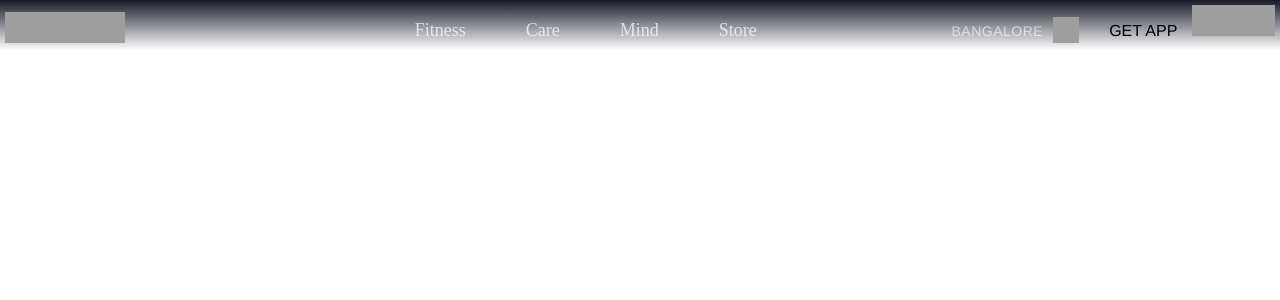
Repository: 1sanjeetsharma/cult-fit-clone
Page: /
The author's editor kept a copy of each file at every save. The page is drawn from the files as they stood at one save, then again after the next save.
The browser window is 1280 px wide. The pictures show the whole page.
Pictures or frames that could not be fetched are drawn as grey boxes. Some web fonts or font styles are not loaded; a fallback is used. The project was rebuilt for these pictures with package versions that can differ from the ones it lists, and the page was loaded fresh each time. Also part of the build but not shown: vite.config.js, src/components/body/footer/Footer.jsx.

Above is the page before, as saved 2023-07-31 16:31:08.

### src/App.jsx
import LandingPage from "./components/landingPage/LandingPage";
function App() {
	return (
		<>
			{/* <h1>Hello from app</h1> */}
			<LandingPage />
		</>
	);
}

export default App;

### src/components/landingPage/LandingPage.jsx
import Body from "../body/body";
// import Header from "../body/header/Header";
const LandingPage = () => {
	return (
		<>
			<Body></Body>
		</>
	);
};
export default LandingPage;

### src/components/body/body.jsx
import Header from "./header/Header";
import Footer from "./footer/Footer";
import "./body.css";
const Body = () => {
	console.log("hello from body");
	return (
		<>
			<Header />

			{/* <Footer /> */}
		</>
	);
};
export default Body;

### src/components/body/header/Header.jsx
import Navbar from "../Navbar/Navbar";
const Header = () => {
	return (
		<>
			<Navbar />
		</>
	);
};
export default Header;

### src/components/body/body.css
/*
//not working these font  */
@font-face {
	font-family: inter-bold;
	src: url("https://fonts.googleapis.com/css2?family=Inter:wght@700&display=swap");
}
@font-face {
	font-family: helvetica-neue;
	src: url("https://fonts.cdnfonts.com/css/helvetica-neue-5");
}
body {
	font-family: inter-bold, helvetica-neue;
}

### src/components/body/Navbar/Navbar.jsx
import "./navbar.css";
const Navbar = () => {
	return (
		<>
			<div className="Nav-container">
				<nav>
					<a href="javascript:viod(0)">
						<img
							className="logo"
							height={"31px"}
							width={"120px"}
							src="https://cdn-images.cure.fit/www-curefit-com/image/upload/c_fill,w_120,q_auto:eco,dpr_2,f_auto,fl_progressive//image/test/brand-logo/vman-and-white-cult-text.png"
							alt="logo"
						/>
					</a>
					<div className="tabs">
						<a href="javascript:void(0)">Fitness</a>
						<a href="javascript:void(0)">Care</a>
						<a href="javascript:void(0)">Mind</a>
						<a href="javascript:void(0)">Store</a>
					</div>
					<div className="btns">
						<div className="location">
							<div className="loc-text">BANGALORE</div>
							<div className="loc-img" width="26px" height="26px">
								<img
									src="https://cdn-images.cure.fit/www-curefit-com/image/upload/c_fill,w_26,q_auto:eco,dpr_2,f_auto,fl_progressive/image/test/header/location.png"
									width={"26px"}
									height={"26px"}
									loading="lazy"
									alt="location"
								/>
							</div>
						</div>
						<div className="get-app">
							<button>GET APP</button>
						</div>

						<button className="avatar">
							<img
								className="btn-img"
								src="https://cdn-images.cure.fit/www-curefit-com/image/upload/c_fill,w_26,q_auto:eco,dpr_2,f_auto,fl_progressive/image/test/header/Profile.png"
								alt="profile picture"
							/>
						</button>
						<button className="cart">
							<img
								className="btn-img"
								src="https://cdn-images.cure.fit/www-curefit-com/image/upload/c_fill,q_auto:eco,dpr_2,f_auto,fl_progressive//image/test/cart-dark-theme.svg"
								alt="cart"
							/>
						</button>
					</div>
				</nav>
			</div>
		</>
	);
};
export default Navbar;

### src/components/body/Navbar/navbar.css
* {
	margin: 0px;
	padding: 0px;
	box-sizing: border-box;
	line-height: 1.42;
}
a {
	text-decoration: none;
	cursor: pointer;
}
.Nav-container {
	position: fixed;
	/* display: flexbox; */
	top: 0px;
	/* height: 60px; */
	width: 100%;

	/* align-content: center; */
	/* text-align: center; */
	/* background-color: #00000077; */
	box-sizing: border-box;
	/* z-index: 2; */
}

.logo,
.btn-img {
	height: 31px;
}
nav {
	display: flex;
	height: 50px;
	padding: 5px;
	flex-flow: row wrap;
	align-items: center;
	justify-content: space-between;
	background-image: linear-gradient(
		to bottom,
		#171a26,
		rgba(23, 26, 38, 0.0001)
	);
}
.tabs {
	/* color: #fff; */
	display: flex;
	flex-direction: row;
	justify-content: spae-between;
	margin-left: 110px;
}
.tabs > a {
	height: 100%;
	color: #fff;
	transition: all 150ms ease;
	opacity: 70%;
	padding: 0 30px;
	line-height: 22px;
	font-size: 18px;
}
.bnts {
	display: flex;
	align-items: center;
	/* flex-direction: row; */
}
.location {
	display: inline-flex;
	flex-direction: row;
	background: transparent;
	/* outline: none; */
	/* box-shadow: none; */
	line-height: 22px;
	font-size: 14px;
	text-align: center;
	margin: auto;
	padding: 7px 15px;
	border-radius: 5px;
	transition: all 100ms ease;
	color: rgb(255 255 255/ 60%);
}
.location:hover {
	background: rgb(255 255 255 / 10%);
}
.location > .loc-text {
	text-align: center;
	cursor: pointer;
	margin: 0;
	margin-top: 0px;
	margin-right: 0px;
	color: rgb(255 255 255 / 60%);
	font-size: 14px;
	font-family: Inter-Regular, Helvetica Neue, Helvetica, Roboto, Arial,
		sans-serif;
	letter-spacing: 0.5px;
	line-height: 22px;
	margin-right: 10px;
	margin-top: 3px;
	max-width: 95px;
	overflow: hidden;
	text-overflow: ellipsis;
	white-space: nowrap;
}
.location > .loc-img {
	width: 26px;
	min-height: fit-content;
	overflow: hidden;
	position: relative;
}
.location > img {
	vertical-align: middle;
	position: relative;
	opacity: 1;
	transition: opacity 150ms ease 0s;
	top: 0px;
	left: 0px;
	width: 100%;
}
button {
	all: unset;
	cursor: pointer;
	/* text-align: center; */
	margin: auto;
}
button:focus {
	outline: revert;
}
.get-app {
	display: inline-block;
	margin-inline: 15px;
	font-family: Inter-Medium, Helvetica Neue, Helvetica, Roboto, Arial,
		sans-serif;
}
.cart {
	/* border */
}

Loaded but not shown: index.html (common file); src/main.jsx (common file)

After the next save:
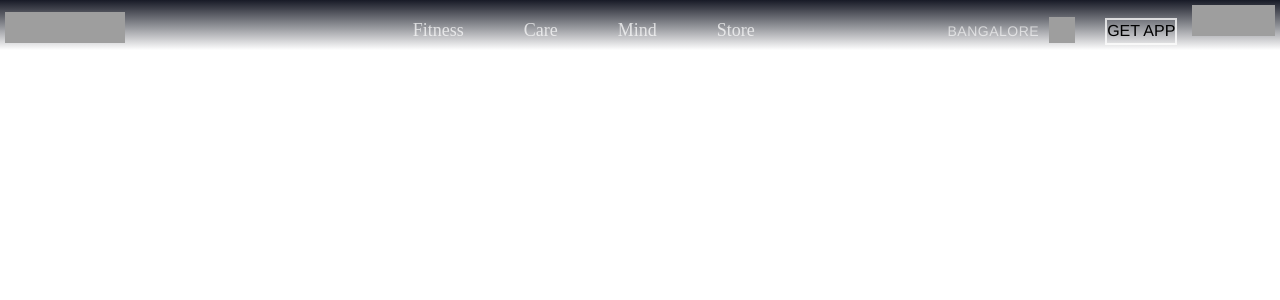
Saved 83 s later.
--- a/src/components/body/Navbar/navbar.css
+++ b/src/components/body/Navbar/navbar.css
@@ -127,6 +127,9 @@ button:focus {
 	font-family: Inter-Medium, Helvetica Neue, Helvetica, Roboto, Arial,
 		sans-serif;
 }
+.get-app > button {
+	border: 2px solid rgba(255, 255, 255, 0.75);
+}
 .cart {
 	/* border */
 }
